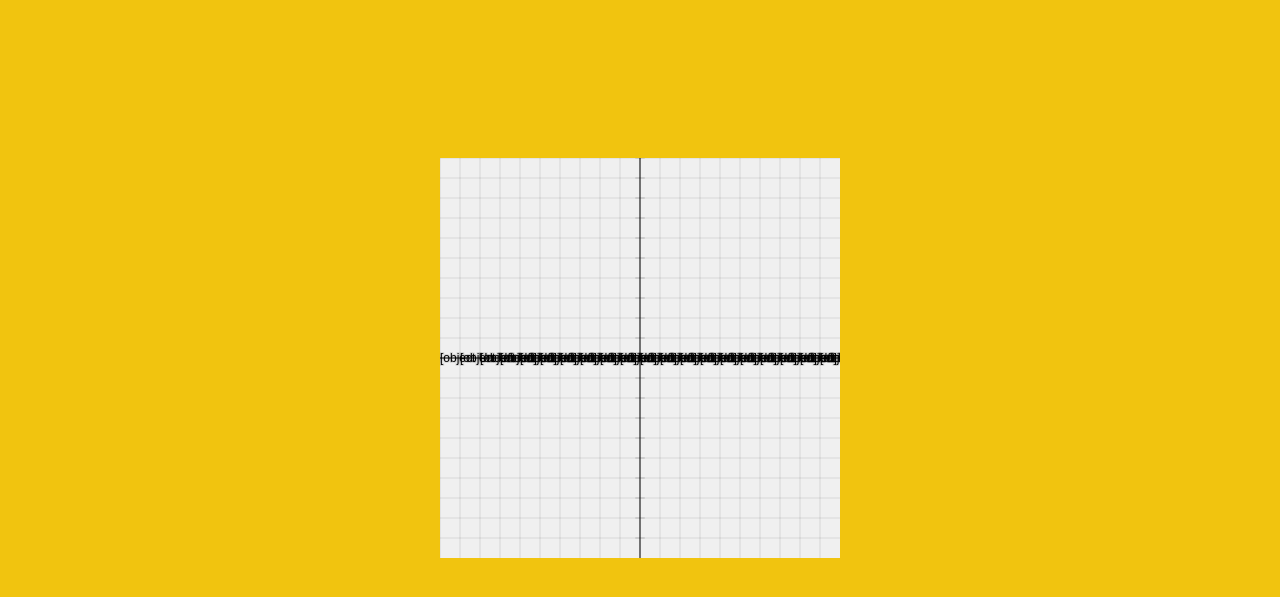
Repository: animarcus/graphing-app
Page: index.html
The author's editor kept a copy of each file at every save. The page is drawn from the files as they stood at one save, then again after the next save.
The browser window is 1280 px wide. The pictures show the whole page.
Some web libraries are served in a nearby version.

Above is the page before, as saved 2020-09-26 19:40:32.

### index.html
<!DOCTYPE html>
<html lang="en">
<head>
  <link rel="apple-touch-icon"sizes="180x180"href="/icons/apple-touch-icon.png">
  <link rel="icon"type="image/png"sizes="32x32"href="/icons/favicon-32x32.png">
  <link rel="icon"type="image/png"sizes="16x16"href="/icons/favicon-16x16.png">
  <link rel="manifest"href="/icons/site.webmanifest">

  <link rel="stylesheet" href="css/style.css">
  <meta charset="UTF-8">
  <meta name="viewport" content="width=device-width, initial-scale=1.0, maximum-scale=1.0, user-scalable=0">
  <title>PLACEHOLDER</title>

  <script type="text/javascript" src="https://cdn.jsdelivr.net/npm/p5@1.1.4/lib/p5.min.js"></script>
  <script src="js/sketch.js"></script>
</head>
<body>
  <div id="canvas1"></div>
</body>
</html>

### css/style.css
* {
  cursor: default;
  /* -webkit-touch-callout: none;
  -webkit-user-select: none;
  -khtml-user-select: none;
  -moz-user-select: none;
  -ms-user-select: none;
  user-select: none; */
}
body {
  background: #f1c40f;
  height: 100%;
  overflow-y: hidden;
  overflow-x: hidden;
  /* border-radius: 50%; */
}

#canvas1 {
  position: absolute;
  top:50%;
  left:50%;
  transform: translate(-50%,-50%);
}

### js/sketch.js

let canvasW = 400;
let canvasH = 400;
let cellW = 20;

function setup() {
  let canvas = createCanvas(canvasW,canvasH);
  canvas.parent("canvas1");

  background(240);
  translate(canvasW/2, canvasH/2);

  stroke('rgba(0%, 0%, 0%, 1)');
  line(-canvasW/2, 0, canvasW/2, 0);
  line(0, -canvasH/2, 0, canvasH/2);

  stroke('rgba(0%, 0%, 0%, 0.1)');
  for (let x = -canvasW/2; x < canvasW/2; x += cellW) {
    console.log(x/cellW);
    strokeWeight(1);
    line(x, -canvasH/2, x, canvasH/2);
    strokeWeight(2);
    line(x, -cellW/5, x, cellW/5);
    text(toString(x), x, cellW/5);
  }
  for (let y = -canvasH/2; y < canvasH/2; y += cellW) {
    strokeWeight(1);
    line(-canvasW/2, y, canvasW/2, y);
    strokeWeight(2);
    line(-cellW/5, y, cellW/5, y);
  }
}


function draw() {
  fill(color("green"));
  drawHandlers.drawGrid();
}


let drawHandlers = {
  drawGrid : function() {

  }
};

After the next save:
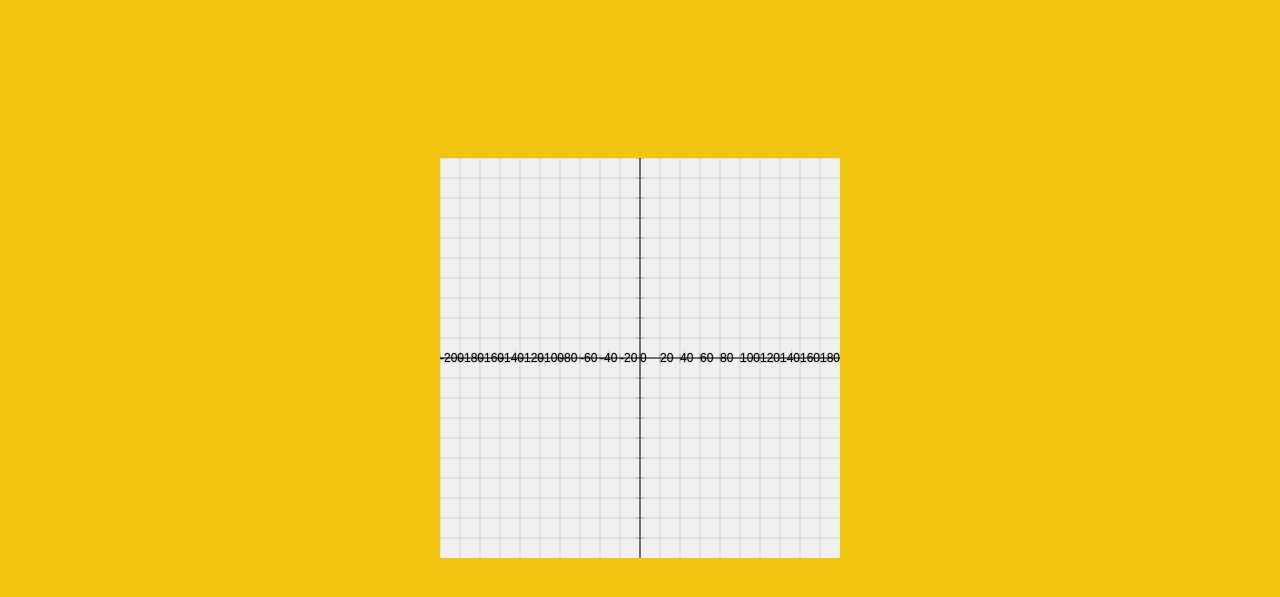
Saved 6 s later.
--- a/js/sketch.js
+++ b/js/sketch.js
@@ -21,7 +21,7 @@ function setup() {
     line(x, -canvasH/2, x, canvasH/2);
     strokeWeight(2);
     line(x, -cellW/5, x, cellW/5);
-    text(toString(x), x, cellW/5);
+    text(x, x, cellW/5);
   }
   for (let y = -canvasH/2; y < canvasH/2; y += cellW) {
     strokeWeight(1);
